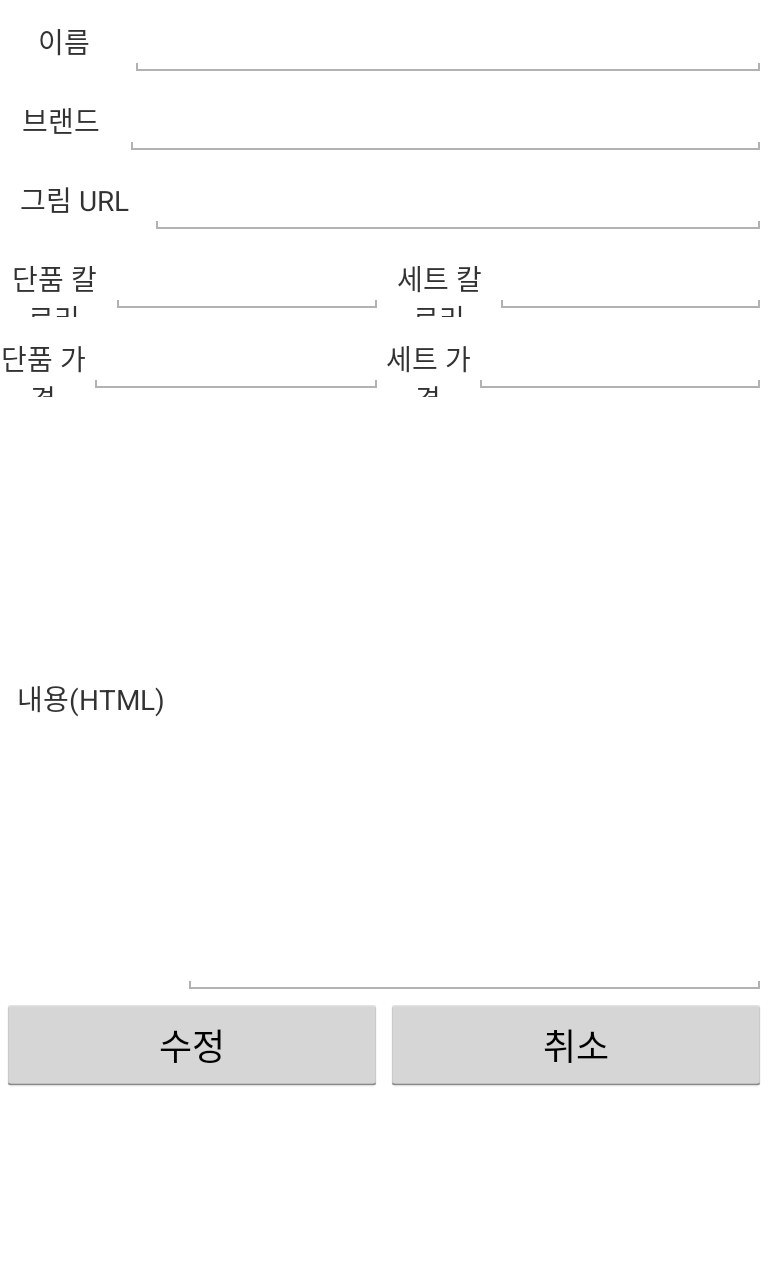
Repository: OnionLord/BurgerWIKI
Layout: burgerDicApp/BurgerDictionary/res/layout/burgermod.xml
The author's editor kept a copy of each file at every save. The layout is drawn from the files as they stood at one save, then again after the next save.
It is drawn on a 768 x 1280 px phone screen (xhdpi) without system bars, with theme AppTheme; the app's code is not run.

Above is the layout before, as saved 2014-11-08 04:03:54.

### burgerDicApp/BurgerDictionary/res/layout/burgermod.xml
<LinearLayout xmlns:android="http://schemas.android.com/apk/res/android"
    android:layout_width="fill_parent"
    android:layout_height="fill_parent"
    android:orientation="vertical" >

    <LinearLayout
        android:layout_width="match_parent"
        android:layout_height="wrap_content" >

        <TextView
            android:id="@+id/mod_txt1"
            android:layout_width="0dp"
            android:layout_height="wrap_content"
            android:layout_weight="2"
            android:gravity="center"
            android:text="이름" />


        <EditText
            android:id="@+id/mod_name"
            android:layout_width="0dp"
            android:layout_height="wrap_content"
            android:layout_weight="10"
            android:ems="10" >

        </EditText>

    </LinearLayout>

     <LinearLayout
        android:layout_width="match_parent"
        android:layout_height="wrap_content" >

       <TextView
            android:id="@+id/mod_txt2"
            android:layout_width="wrap_content"
            android:layout_height="wrap_content"
            android:layout_weight="2"
            android:gravity="center"
            android:text="브랜드" />

        <EditText
            android:id="@+id/mod_company"
            android:layout_width="wrap_content"
            android:layout_height="wrap_content"
            android:layout_weight="10"
            android:ems="10" >

        </EditText>


    </LinearLayout>

    <LinearLayout
        android:layout_width="match_parent"
        android:layout_height="wrap_content" >

       <TextView
            android:id="@+id/mod_txt7"
            android:layout_width="wrap_content"
            android:layout_height="wrap_content"
            android:text="그림 URL"
            android:layout_weight="2"
            android:gravity="center" />

        <EditText
            android:id="@+id/mod_image"
            android:layout_width="wrap_content"
            android:layout_height="wrap_content"
            android:layout_weight="10"
            android:ems="10" >

        </EditText>


    </LinearLayout>

          <LinearLayout
        android:layout_width="match_parent"
        android:layout_height="wrap_content" >

       <TextView
            android:id="@+id/mod_txt3"
            android:layout_width="wrap_content"
            android:layout_height="wrap_content"
            android:text="단품 칼로리"
            android:layout_weight="1"
            android:gravity="center" />

        <EditText
            android:id="@+id/mod_calone"
            android:layout_width="wrap_content"
            android:layout_height="wrap_content"
            android:layout_weight="5"
            android:ems="10"
            android:inputType="number|numberDecimal" >

        </EditText>

		       <TextView
            android:id="@+id/mod_txt4"
            android:layout_width="wrap_content"
            android:layout_height="wrap_content"
            android:text="세트 칼로리"
            android:layout_weight="1"
            android:gravity="center"/>

        <EditText
            android:id="@+id/mod_calset"
            android:layout_width="wrap_content"
            android:layout_height="wrap_content"
            android:layout_weight="5"
            android:inputType="number|numberDecimal"
            android:ems="10" >

        </EditText>

    </LinearLayout>

    <LinearLayout
        android:layout_width="match_parent"
        android:layout_height="wrap_content" >

       <TextView
            android:id="@+id/mod_txt5"
            android:layout_width="wrap_content"
            android:layout_height="wrap_content"
            android:layout_weight="1"
            android:gravity="center"
            android:text="단품 가격"/>

        <EditText
            android:id="@+id/mod_priceone"
            android:layout_width="wrap_content"
            android:layout_height="wrap_content"
            android:layout_weight="5"
            android:ems="10"
             android:inputType="number" >

        </EditText>

		       <TextView
            android:id="@+id/mod_txt6"
            android:layout_width="wrap_content"
            android:layout_height="wrap_content"
            android:layout_weight="1"
            android:gravity="center"
            android:text="세트 가격" />

        <EditText
            android:id="@+id/mod_priceset"
            android:layout_width="wrap_content"
            android:layout_height="wrap_content"
            android:layout_weight="5"
            android:ems="10"
             android:inputType="number">

        </EditText>

    </LinearLayout>

     <LinearLayout
        android:layout_width="match_parent"
        android:layout_height="wrap_content" >

       <TextView
            android:id="@+id/mod_txt8"
            android:layout_width="wrap_content"
            android:layout_height="wrap_content"
            android:text="내용(HTML)"
            android:layout_weight="2"
            android:gravity="center" />

        <EditText
            android:id="@+id/mod_content"
            android:layout_width="wrap_content"
            android:layout_height="300dp"
            android:layout_weight="10"

            android:ems="10" >

        </EditText>



    </LinearLayout>

     <LinearLayout
        android:layout_width="match_parent"
        android:layout_height="wrap_content" >

         <Button
             android:id="@+id/mod_commit"
             android:layout_width="0dp"
             android:layout_height="wrap_content"
             android:layout_weight="2"
             android:onClick="onClickButton"
             android:text="수정" />

         <Button
             android:id="@+id/mod_cancel"
             android:layout_width="0dp"
             android:layout_height="wrap_content"
             android:layout_weight="2"
             android:onClick="onClickButton"
             android:text="취소" />

    </LinearLayout>

</LinearLayout>

Loaded but not shown: burgerDicApp/BurgerDictionary/res/values/styles.xml (common file); burgerDicApp/BurgerDictionary/res/values-v11/styles.xml (common file); burgerDicApp/BurgerDictionary/res/values-v14/styles.xml (common file)

After the next save:
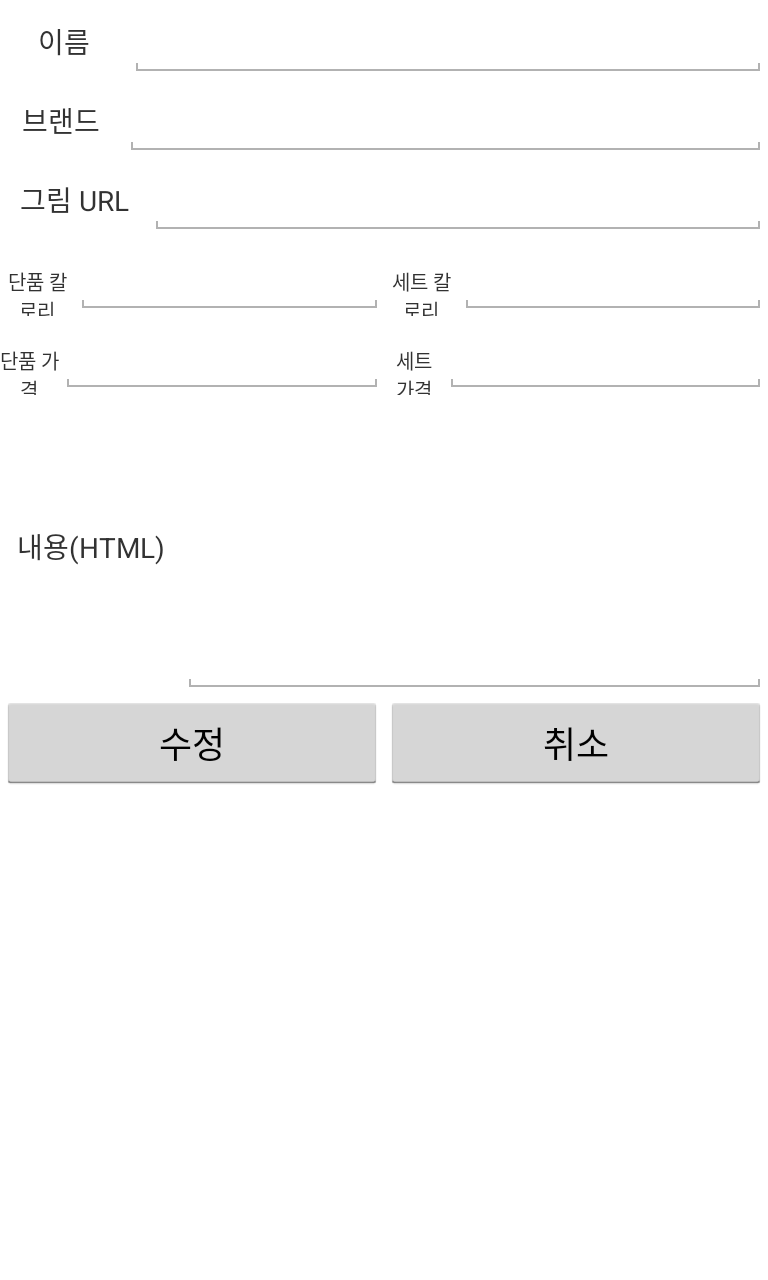
Saved 48 s later.
--- a/burgerDicApp/BurgerDictionary/res/layout/burgermod.xml
+++ b/burgerDicApp/BurgerDictionary/res/layout/burgermod.xml
@@ -80,12 +80,13 @@
         android:layout_height="wrap_content" >
 
        <TextView
-            android:id="@+id/mod_txt3"
-            android:layout_width="wrap_content"
-            android:layout_height="wrap_content"
-            android:text="단품 칼로리"
-            android:layout_weight="1"
-            android:gravity="center" />
+           android:id="@+id/mod_txt3"
+           android:layout_width="wrap_content"
+           android:layout_height="wrap_content"
+           android:layout_weight="1"
+           android:gravity="center"
+           android:text="단품 칼로리"
+           android:textSize="10sp" />
 
         <EditText
             android:id="@+id/mod_calone"
@@ -98,12 +99,13 @@
         </EditText>
 
 		       <TextView
-            android:id="@+id/mod_txt4"
-            android:layout_width="wrap_content"
-            android:layout_height="wrap_content"
-            android:text="세트 칼로리"
-            android:layout_weight="1"
-            android:gravity="center"/>
+		           android:id="@+id/mod_txt4"
+		           android:layout_width="wrap_content"
+		           android:layout_height="wrap_content"
+		           android:layout_weight="1"
+		           android:gravity="center"
+		           android:text="세트 칼로리"
+		           android:textSize="10sp" />
 
         <EditText
             android:id="@+id/mod_calset"
@@ -122,12 +124,13 @@
         android:layout_height="wrap_content" >
 
        <TextView
-            android:id="@+id/mod_txt5"
-            android:layout_width="wrap_content"
-            android:layout_height="wrap_content"
-            android:layout_weight="1"
-            android:gravity="center"
-            android:text="단품 가격"/>
+           android:id="@+id/mod_txt5"
+           android:layout_width="wrap_content"
+           android:layout_height="wrap_content"
+           android:layout_weight="1"
+           android:gravity="center"
+           android:text="단품 가격"
+           android:textSize="10sp" />
 
         <EditText
             android:id="@+id/mod_priceone"
@@ -140,12 +143,13 @@
         </EditText>
 
 		       <TextView
-            android:id="@+id/mod_txt6"
-            android:layout_width="wrap_content"
-            android:layout_height="wrap_content"
-            android:layout_weight="1"
-            android:gravity="center"
-            android:text="세트 가격" />
+		           android:id="@+id/mod_txt6"
+		           android:layout_width="wrap_content"
+		           android:layout_height="wrap_content"
+		           android:layout_weight="1"
+		           android:gravity="center"
+		           android:text="세트 가격"
+		           android:textSize="10sp" />
 
         <EditText
             android:id="@+id/mod_priceset"
@@ -174,7 +178,7 @@
         <EditText
             android:id="@+id/mod_content"
             android:layout_width="wrap_content"
-            android:layout_height="300dp"
+            android:layout_height="150dp"
             android:layout_weight="10"
 
             android:ems="10" >
